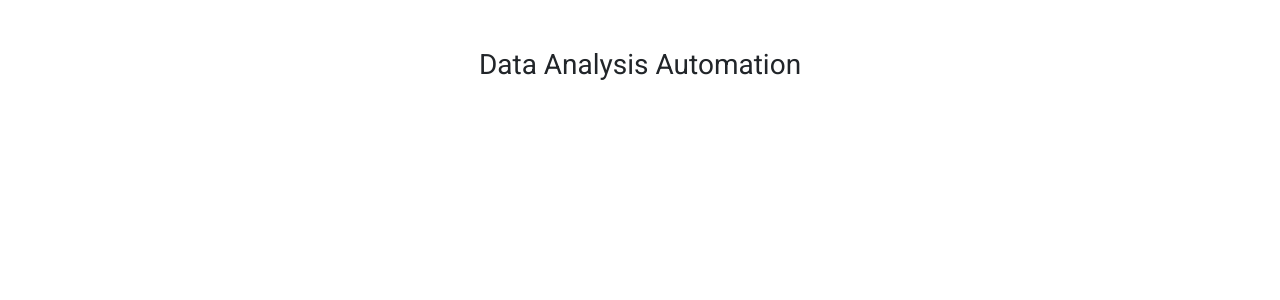
Repository: akashverma-1/Grid-line
Page: http://localhost/data/analysis
These files come from the project's save history. The page is drawn as it stood at one moment and after a run of saves; the edit follows.
The browser window is 1280 px wide. The pictures show the whole page.
Some web libraries are served in a nearby version. The page is served by the project's application, run on Flask 3 (app.py). Other server files are loaded and not shown.

Above is the page before, as saved 2024-04-24 16:18:00.

### templates/Data_analysis.html
<!DOCTYPE html>
<html lang="en">

<head>
    <meta charset="UTF-8">
    <meta name="viewport" content="width=device-width, initial-scale=1.0">
    <title>Document</title>
    <script src="https://cdnjs.cloudflare.com/ajax/libs/vue/2.4.4/vue.js"></script>
    <link href="https://cdn.jsdelivr.net/npm/bootstrap@5.3.2/dist/css/bootstrap.min.css" rel="stylesheet"
        integrity="sha384-T3c6CoIi6uLrA9TneNEoa7RxnatzjcDSCmG1MXxSR1GAsXEV/Dwwykc2MPK8M2HN" crossorigin="anonymous" />
    <!-- FontAwesome 6.2.0 CSS -->
    <link rel="stylesheet" href="https://cdnjs.cloudflare.com/ajax/libs/font-awesome/6.2.0/css/all.min.css"
        integrity="sha512-xh6O/CkQoPOWDdYTDqeRdPCVd1SpvCA9XXcUnZS2FmJNp1coAFzvtCN9BmamE+4aHK8yyUHUSCcJHgXloTyT2A=="
        crossorigin="anonymous" referrerpolicy="no-referrer" />

    <!-- (Optional) Use CSS or JS implementation -->
    <script src="https://cdnjs.cloudflare.com/ajax/libs/font-awesome/6.2.0/js/all.min.js"
        integrity="sha512-naukR7I+Nk6gp7p5TMA4ycgfxaZBJ7MO5iC3Fp6ySQyKFHOGfpkSZkYVWV5R7u7cfAicxanwYQ5D1e17EfJcMA=="
        crossorigin="anonymous" referrerpolicy="no-referrer"></script>

    <style>
        @import "https://fonts.googleapis.com/css?family=Roboto";
        body {
            padding: 0;
            margin: 0;
            background-color: #fff;
            font-family: "Roboto", sans-serif;
        }

        .step-wrapper {
            padding: 20px 0;
            display: none;
        }

        .step-wrapper.active {
            display: block;
        }

        .step-indicator {
            border-collapse: separate;
            display: table;
            margin-left: 0px;
            position: relative;
            table-layout: fixed;
            text-align: center;
            vertical-align: middle;
            padding-left: 0;
            padding-top: 20px;
        }

        .step-indicator li {
            display: table-cell;
            position: relative;
            float: none;
            padding: 0;
            width: 1%;
        }

        .step-indicator li:after {
            background-color: #ccc;
            content: "";
            display: block;
            height: 1px;
            position: absolute;
            width: 100%;
            top: 32px;
        }

        .step-indicator li:after {
            left: 50%;
        }

        .step-indicator li:last-child:after {
            display: none;
        }

        .step-indicator li.active .step {
            border-color: #4183d7;
            color: #4183d7;
        }

        .step-indicator li.active .caption {
            color: #4183d7;
        }

        .step-indicator li.complete:after {
            background-color: #87d37c;
        }

        .step-indicator li.complete .step {
            border-color: #87d37c;
            color: #87d37c;
        }

        .step-indicator li.complete .caption {
            color: #87d37c;
        }

        .step-indicator .step {
            background-color: #fff;
            border-radius: 50%;
            border: 1px solid #ccc;
            color: #ccc;
            font-size: 24px;
            height: 64px;
            line-height: 64px;
            margin: 0 auto;
            position: relative;
            width: 64px;
            z-index: 1;
        }

        .step-indicator .step:hover {
            cursor: pointer;
        }

        .step-indicator .caption {
            color: #ccc;
            padding: 11px 16px;
        }
    </style>
</head>

<body>
    <div class="container">
        <div class="row my-5">
            <h3 class="text-center">Data Analysis Automation</h3>
            <div class="col-md-8 mx-auto">
                <form method="POST" action="" enctype="multipart/form-data">
                   <!-- upload -->

                </form>
            </div>
        </div>
    </div>
    <script src="https://cdn.jsdelivr.net/npm/@popperjs/core@2.11.8/dist/umd/popper.min.js"
        integrity="sha384-I7E8VVD/ismYTF4hNIPjVp/Zjvgyol6VFvRkX/vR+Vc4jQkC+hVqc2pM8ODewa9r"
        crossorigin="anonymous"></script>

    <script src="https://cdn.jsdelivr.net/npm/bootstrap@5.3.2/dist/js/bootstrap.min.js"
        integrity="sha384-BBtl+eGJRgqQAUMxJ7pMwbEyER4l1g+O15P+16Ep7Q9Q+zqX6gSbd85u4mG4QzX+"
        crossorigin="anonymous"></script>
    <script>
        Vue.component("step-navigation-step", {
            template: "#step-navigation-step-template",

            props: ["step", "currentstep"],

            computed: {
                indicatorclass() {
                    return {
                        active: this.step.id == this.currentstep,
                        complete: this.currentstep > this.step.id
                    };
                }
            }
        });

        Vue.component("step-navigation", {
            template: "#step-navigation-template",

            props: ["steps", "currentstep"]
        });

        Vue.component("step", {
            template: "#step-template",

            props: ["step", "stepcount", "currentstep"],

            computed: {
                active() {
                    return this.step.id == this.currentstep;
                },

                firststep() {
                    return this.currentstep == 1;
                },

                laststep() {
                    return this.currentstep == this.stepcount;
                },

                stepWrapperClass() {
                    return {
                        active: this.active
                    };
                }
            },

            methods: {
                nextStep() {
                    this.$emit("step-change", this.currentstep + 1);
                },

                lastStep() {
                    this.$emit("step-change", this.currentstep - 1);
                }
            }
        });

        new Vue({
            el: "#app",

            data: {
                currentstep: 1,

                steps: [
                    {
                        id: 1,
                        title: "Automation",
                        icon_class: "fa fa-user-circle"
                    },
                    {
                        id: 2,
                        title: "Choose",
                        icon_class: "fa fa-th-list"
                    },
                    {
                        id: 3,
                        title: "Configure & Finish",
                        icon_class: "fa fa-paper-plane"
                    }
                ]
            },

            methods: {
                stepChanged(step) {
                    this.currentstep = step;
                }
            }
        });

    </script>
</body>

</html>

### app.py
from flask import Flask, render_template, request
from auto_data_analysis import *
app = Flask(__name__)


@app.route('/')
def index():
    return render_template('index.html')

@app.route('/data/analysis', methods=['GET', 'POST'])
def data_analysis_automation():

    return render_template('Data_analysis.html')

@app.route('/scraper/automation', methods=['GET', 'POST'])
def scraper_automation():
    if request.method == 'POST':
        print(request.form)
    return render_template('scraper_automation.html')

@app.route('/data/cleaning/automation', methods=['GET', 'POST'])
def data_cleaning_automation():
    if request.method == 'POST':
        print(request.form)
    return render_template('data_analysis.html')

@app.route('/database/maintenance/automation', methods=['GET', 'POST'])
def database_maintenance_automation():
    return render_template('database_maintenance.html')

@app.route('/email/sending/automation', methods=['GET', 'POST'])
def email_sending_automation():
    return render_template('email_sending.html')

@app.route('/file/automation', methods=['GET', 'POST'])
def file_automtion():
    return render_template('file_automation.html')

@app.route('/image/processing', methods=['GET', 'POST'])
def image_processing():
    return render_template('image_processing.html')

@app.route('/natural/language/processing', methods=['GET', 'POST'])
def natural_language_processing():
    return render_template('natural_language_processing.html')

@app.route('/pdf/manipulation', methods=['GET', 'POST'])
def pdf_manipulation():
        return render_template('pdf_maipulation.html')

@app.route('/report/generation', methods=['GET', 'POST'])
def report_generation():
    return render_template('report_generation.html')

@app.route('/social/mediaposting', methods=['GET', 'POST'])
def social_mediaposting():
        return render_template('social_mediaposting.html')

@app.route('/task/scheduling', methods=['GET', 'POST'])
def task_scheduling():
        return render_template('task_scheduling.html')

@app.route('/text/processing', methods=['GET', 'POST'])

def text_processing():
        return render_template('text_processing.html')

@app.route('/web/testing', methods=['GET', 'POST'])
def web_testing():
        return render_template('web_testing.html')



if __name__ == '__main__':
    app.run(host='127.0.0.1', port=8000, debug=True)

After the next 7 saves:
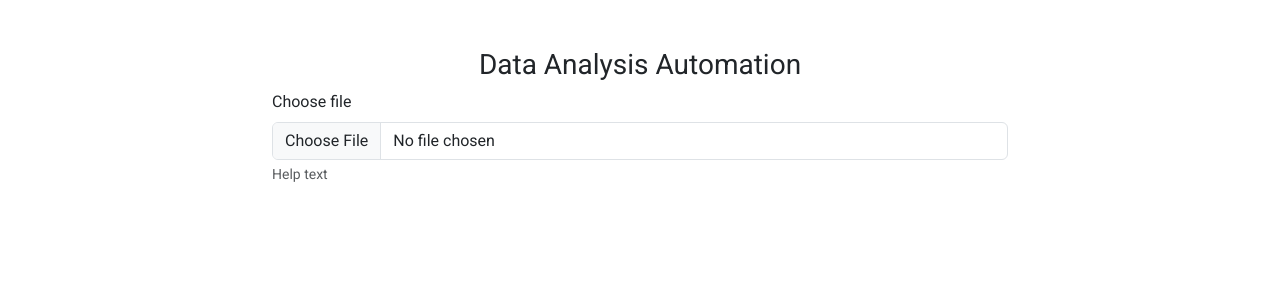
The 7 saves are shown as one change because they came seconds apart.
The last was saved 20 s later.
--- a/templates/Data_analysis.html
+++ b/templates/Data_analysis.html
@@ -20,6 +20,7 @@
 
     <style>
         @import "https://fonts.googleapis.com/css?family=Roboto";
+
         body {
             padding: 0;
             margin: 0;
@@ -127,7 +128,13 @@
             <h3 class="text-center">Data Analysis Automation</h3>
             <div class="col-md-8 mx-auto">
                 <form method="POST" action="" enctype="multipart/form-data">
-                   <!-- upload -->
+                    <!-- upload -->
+                    <div class="mb-3">
+                        <label for="" class="form-label">Choose file</label>
+                        <input type="file" class="form-control" name="" id="" placeholder=""
+                            aria-describedby="fileHelpId" />
+                        <div id="fileHelpId" class="form-text">Help text</div>
+                    </div>
 
                 </form>
             </div>
